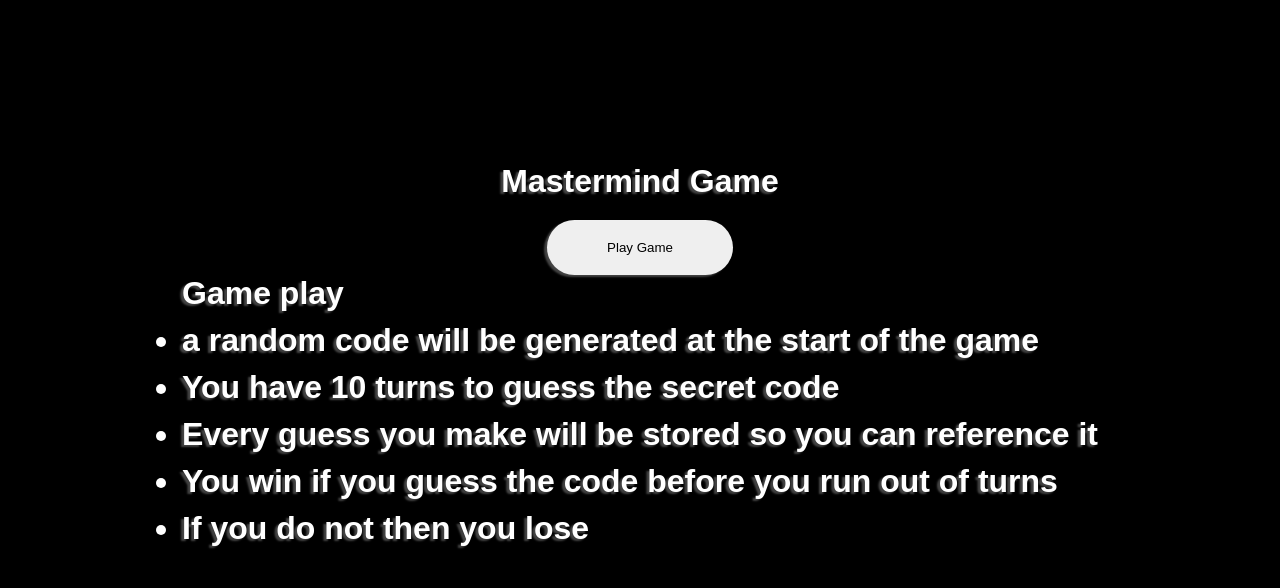
Repository: programmer686/Mastermind-with-Next.js
Page: /
These files come from the project's save history. The page is drawn as it stood at one moment and after the next save; the edit follows.
The browser window is 1280 px wide. The pictures show the whole page.
The project was rebuilt for these pictures with package versions that can differ from the ones it lists, and the page was loaded fresh each time. The framework's server and built-in components were replaced by stand-ins that run in the browser. Also part of the build but not shown: next.config.js, src/styles/GameBoard.module.css, src/styles/PastPlay.module.css, src/comps/PastPlay.js, src/styles/GamePlay.module.css, src/comps/Logic.js, src/styles/Results.module.css, src/comps/Results.js and 3 more.

Above is the page before, as saved 2023-07-18 20:36:29.

After the next save:
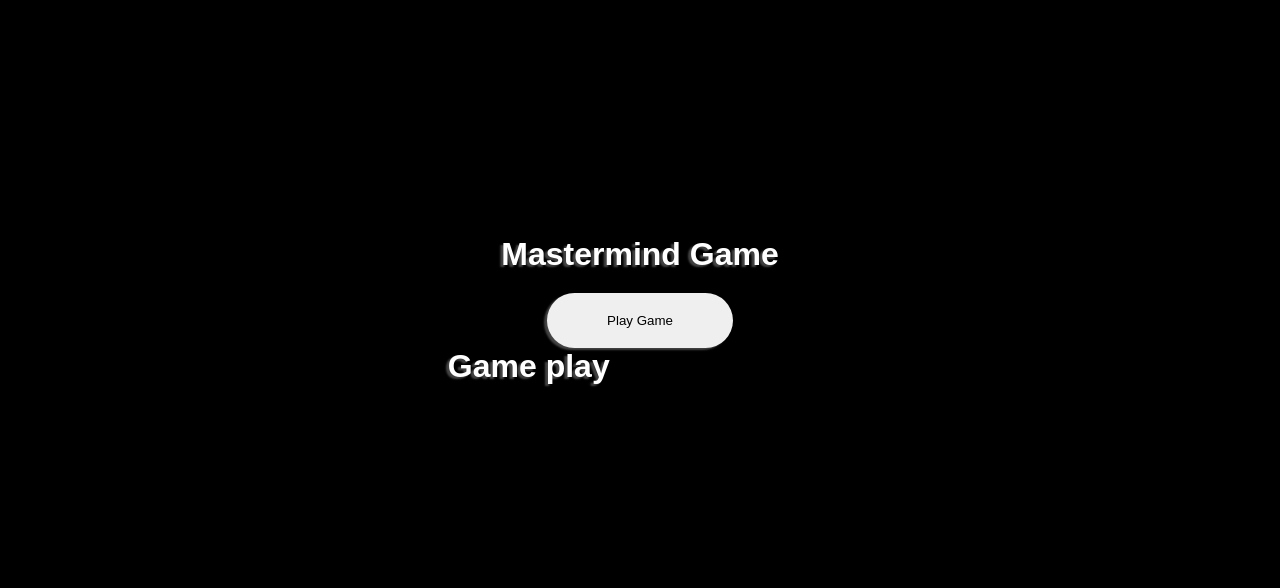
Saved 37 s later.
--- a/src/comps/StartScreen.js
+++ b/src/comps/StartScreen.js
@@ -8,11 +8,11 @@ export default function StartScreen(props) {
             <div>
                 <p className={styles.startscreen__game_name}>Game play</p>
                 <ul>
-                    <li className={styles.startscreen__game_name}>a random code will be generated at the start of the game</li>
-                    <li className={styles.startscreen__game_name}>You have 10 turns to guess the secret code</li>
-                    <li className={styles.startscreen__game_name}>Every guess you make will be stored so you can reference it</li>
-                    <li className={styles.startscreen__game_name}>You win if you guess the code before you run out of turns</li>
-                    <li className={styles.startscreen__game_name}>If you do not then you lose</li>
+                    <li className={styles.startscreen__game_fules_li}>a random code will be generated at the start of the game</li>
+                    <li className={styles.startscreen__game_fules_li}>You have 10 turns to guess the secret code</li>
+                    <li className={styles.startscreen__game_fules_li}>Every guess you make will be stored so you can reference it</li>
+                    <li className={styles.startscreen__game_fules_li}>You win if you guess the code before you run out of turns</li>
+                    <li className={styles.startscreen__game_fules_li}>If you do not then you lose</li>
                 </ul>
             </div>
         </main>
